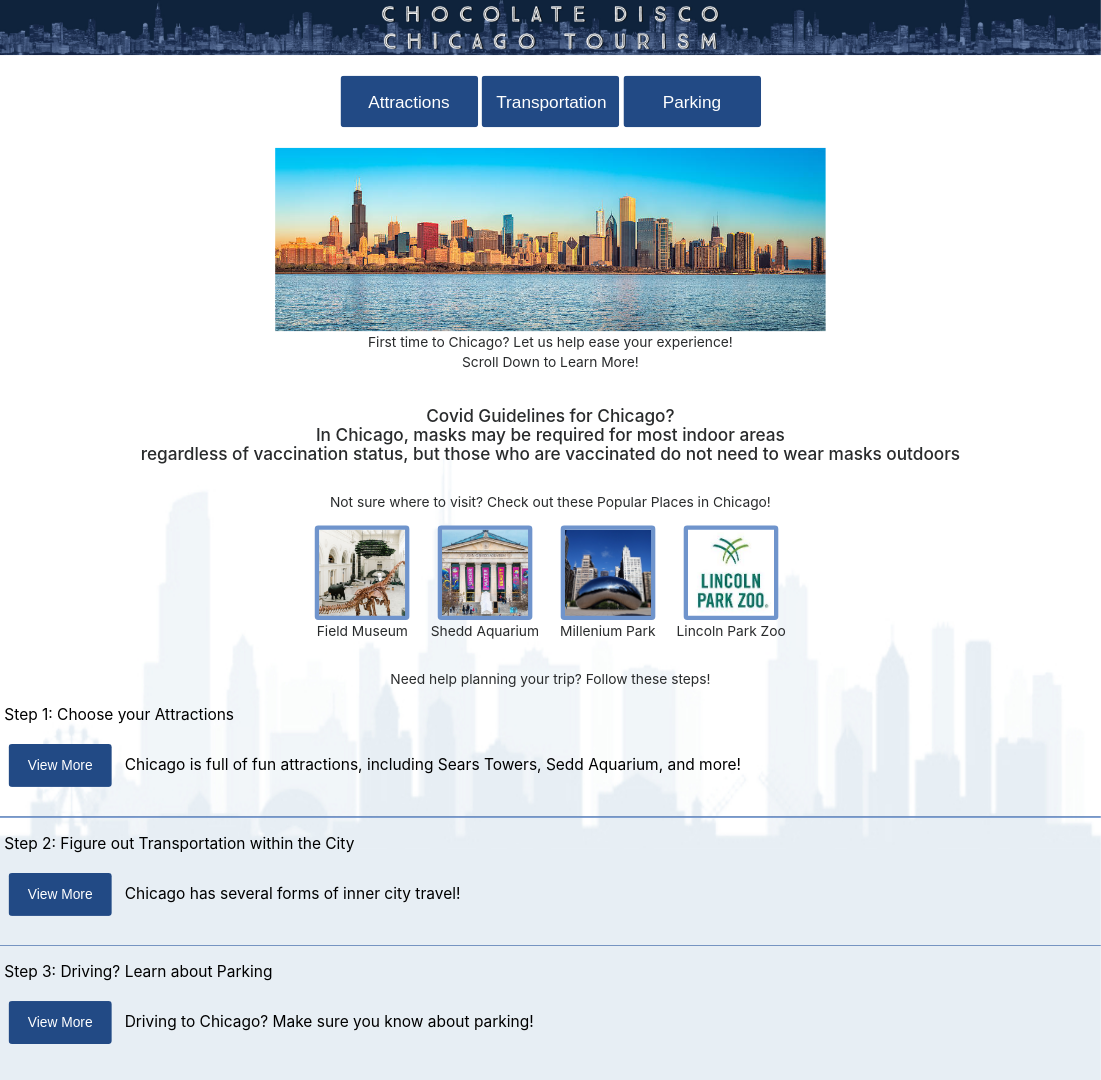
Repository: rkodit2/cs422project
Page: homepage.html
The author's editor kept a copy of each file at every save. The page is drawn from the files as they stood at one save, then again after the next save.
The browser window is 1280 px wide. The pictures show the whole page, at 86% of full size.

Above is the page before, as saved 2021-11-26 14:00:33.

### homepage.html
<!DOCTYPE html>
<html>
  <head>
  <meta charset="utf-8">
  <meta name="viewport" content="width=device-width, initial-scale=1.0">


  <title>Chocolate Disco Chicago Tourism</title>
  <link rel="stylesheet" href=
  "https://maxcdn.bootstrapcdn.com/bootstrap/4.0.0-alpha.6/css/bootstrap.css">


    <link rel="stylesheet" href="homepage.css">

  </head>


  <body style="background-image:url('pictures/background5.jpg');background-position: 0px 0px; background-repeat: no-repeat;background-size: 100% 100%;">

    <div id="banner">
      <img src="pictures/bannerCopy2.jpg" alt="mainpage banner" style = "width: 100%;" title = "Chocolate Disco Chicago Tourism Homepage" class = "center" onclick="location.href='homepage.html';">
    </div>

    <br>

    <div class= "button-center">
      <button type ="button" id="Attractions" class="btn" onclick="location.href='attractions.html';" style="width: 160px; height: 60px; font-size: 20px; background-color: rgb(34, 74, 133); color: white;" onmouseenter = "this.style.backgroundColor = 'rgb(111, 148, 204)'" onmouseleave="style.backgroundColor = 'rgb(34, 74, 133)'"> Attractions </button>
      <button type ="button" id="Transportation" class="btn" onclick="location.href='transportation.html';" style="width: 160px; height: 60px; font-size: 20px; background-color: rgb(34, 74, 133); color: white;" onmouseenter = "this.style.backgroundColor = 'rgb(111, 148, 204)'" onmouseleave="style.backgroundColor = 'rgb(34, 74, 133)'"> Transportation </button>
      <button type ="button" id="Parking" class="btn" onclick="location.href='parking.html';" style="width: 160px; height: 60px; font-size: 20px; background-color: rgb(34, 74, 133); color: white;" onmouseenter = "this.style.backgroundColor = 'rgb(111, 148, 204)'" onmouseleave="style.backgroundColor = 'rgb(34, 74, 133)'"> Parking </button>
    </div>
    <br>
    <img src="pictures/skyline.jpg" alt="mainpage skyline" class = "center">
    <p style="text-align: center;"> First time to Chicago? Let us help ease your experience! <br> Scroll Down to Learn More!</p>
    <br>
    <h5 style = "text-align: center;">Covid Guidelines for Chicago? <br> In Chicago, masks may be required for most indoor areas <br> regardless of vaccination status, but those who are vaccinated do not need to wear masks outdoors </h5>
    <br>
    <p style="text-align: center;">Not sure where to visit? Check out these Popular Places in Chicago! </p>

    <div class= "button-center">
      <div class = "fm" style = "display: inline-block;  text-align: center; padding-left: 10px; padding-right: 10px;">
        <button type = "button" id = "FM" class="btn" onclick="location.href='fieldMuseum.html';" style = "width: 110px; height: 110px; vertical-align: middle; white-space: normal; background:url('pictures/Field\ Museum.jpg'); background-size: 110px 110px; border: 5px solid rgb(111, 148, 204);  background-repeat: no-repeat; background-position: center;"></button>
        <br>
        <label>Field Museum</label>
    </div>
    <div class = "shedd" style = "display: inline-block;  text-align: center; padding-left: 10px; padding-right: 10px;">
      <button type = "button" id = "Shedd" class="btn" onclick="location.href='sheddAquarium.html';" style = "width: 110px; height: 110px; vertical-align: middle; white-space: normal; background:url('pictures/Shedd-Aquarium-scaled.jpg'); background-size: 110px 110px; border: 5px solid rgb(111, 148, 204);  background-repeat: no-repeat; background-position: center;"> </button>
      <br>
      <label>Shedd Aquarium</label>
    </div>
    <div class = "mp" style = "display: inline-block;  text-align: center; padding-left: 10px; padding-right: 10px;">
      <button type = "button" id = "MP" class="btn" onclick="location.href='millenium.html';" style = "width: 110px; height: 110px; vertical-align: middle; white-space: normal; background:url('pictures/chicago-millenium-park-sculpture.jpg'); background-size: 110px 110px; border: 5px solid rgb(111, 148, 204);  background-repeat: no-repeat; background-position: center;"> </button>
      <br>
      <label>Millenium Park</label>
    </div>
    <div class = "lpz" style = "display: inline-block;  text-align: center; padding-left: 10px; padding-right: 10px;">
      <button type = "button" id = "LPZ" class="btn" onclick="location.href='lincolnParkZoo.html';" style = "width: 110px; height: 110px; vertical-align: middle; white-space: normal; background:url('pictures/download.jfif'); background-size: 110px 110px; border: 5px solid rgb(111, 148, 204);  background-repeat: no-repeat; background-position: center;"></button>
      <br>
      <label>Lincoln Park Zoo</label>
    </div>

    </div>

    <br>

    <p style="text-align: center;"> Need help planning your trip? Follow these steps!</p>

    <p style = "padding-left: 5px; font-size: 18px; color: black;"> Step 1: Choose your Attractions </p>
    <div class= "viewMore">
      <button type ="button" id="VMA" class="btn" onclick="location.href='attractions.html';" style = "width: 120px; height:50px; vertical-align: middle; margin-left: 10px; margin-top: 5px; white-space: normal; background-color: rgb(34, 74, 133); color: white;" onmouseenter = "this.style.backgroundColor = 'rgb(111, 148, 204)'" onmouseleave="style.backgroundColor = 'rgb(34, 74, 133)'"> View More </button>
      <span style = "padding: 15px;">
        <p style="font-size: 18px;  color: black;">Chicago is full of fun attractions, including Sears Towers, Sedd Aquarium, and more! </p>
      </span>
    </div>

    <!-- <br> -->
    <hr style="background-color: rgb(111, 148, 204); height: .5px">

    <p style = "padding-left: 5px; font-size: 18px; color: black;"> Step 2: Figure out Transportation within the City </p>
    <div class= "viewMore">
      <button type ="button" id="VMT" class="btn" onclick="location.href='transportation.html';" style = "width: 120px; height:50px; vertical-align: middle;  margin-left: 10px; margin-top: 5px; white-space: normal; background-color: rgb(34, 74, 133); color: white;" onmouseenter = "this.style.backgroundColor = 'rgb(111, 148, 204)'" onmouseleave="style.backgroundColor = 'rgb(34, 74, 133)'"> View More </button>
      <span style = "padding: 15px;">
        <p style="font-size: 18px;  color: black;"> Chicago has several forms of inner city travel! </p>
      </span>
    </div>

   <!-- <br> -->
    <hr style="background-color:rgb(111, 148, 204); height: .5px">

    <p style = "padding-left: 5px; font-size: 18px; color: black;"> Step 3: Driving? Learn about Parking </p>
    <div class= "viewMore">
      <button type ="button" id="VMP" class="btn" onclick="location.href='parking.html';" style = "width: 120px; height:50px; vertical-align: middle; margin-left: 10px; margin-top: 5px; white-space: normal; background-color: rgb(34, 74, 133); color: white;" onmouseenter = "this.style.backgroundColor = 'rgb(111, 148, 204)'" onmouseleave="style.backgroundColor = 'rgb(34, 74, 133)'"> View More </button>
      <span style = "padding: 15px;">
      <p style="font-size: 18px;  color: black;"> Driving to Chicago? Make sure you know about parking! </p>
      </span>
    </div>
    <br>

    <!-- <br> -->
  </body>
</html>

### homepage.css
.button-center {
    text-align: center;
  }

.viewMore {
    display: flex;
    vertical-align: middle;
}
.center {
  display: block;
  margin-left: auto;
  margin-right: auto;
  width: 50%;
}
.gmap{
  display: flex;
  vertical-align: middle;
}

ul li{
  font-size:20px;
 }

After the next save:
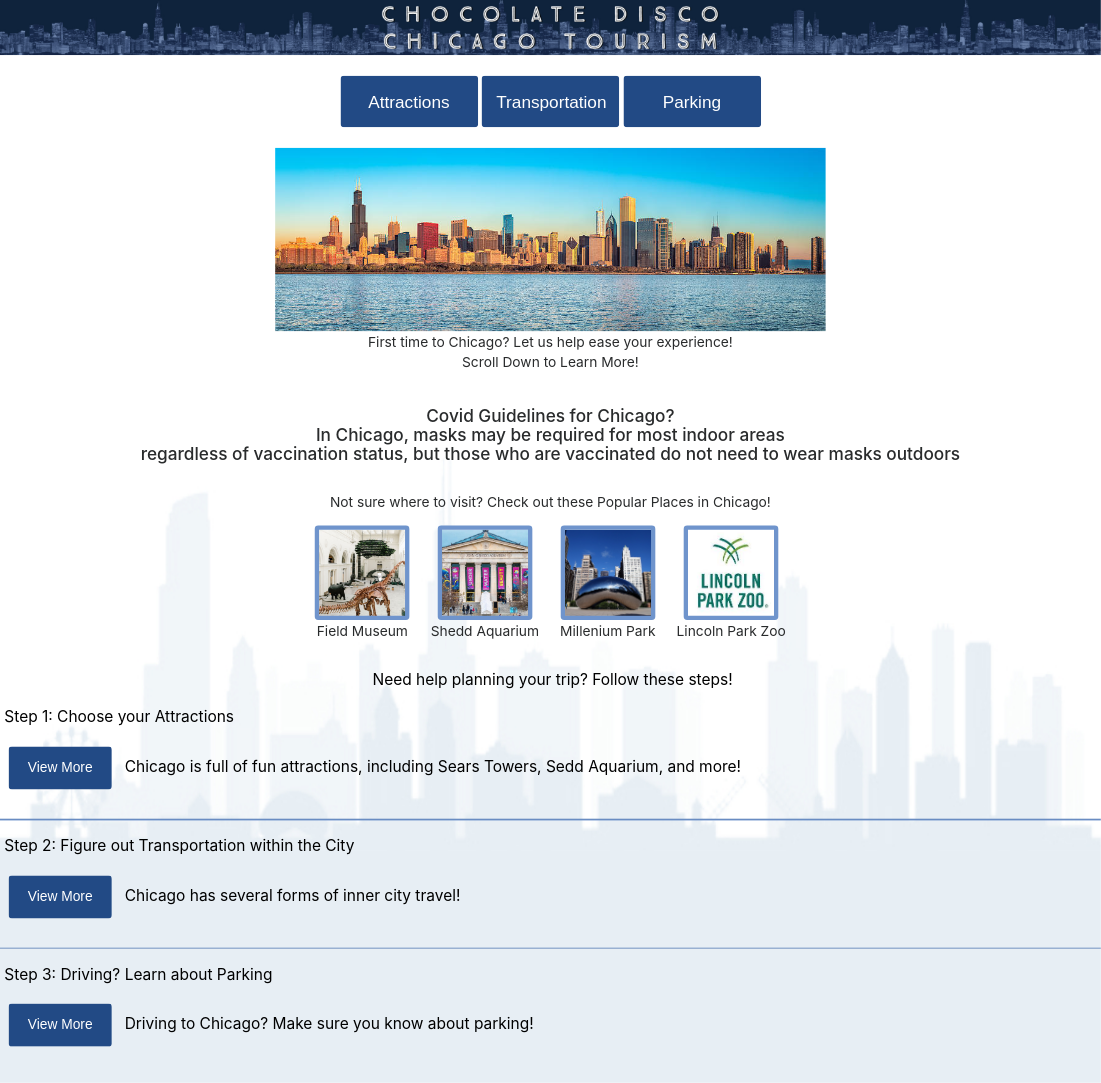
Saved 2 min 9 s later.
--- a/homepage.html
+++ b/homepage.html
@@ -62,7 +62,7 @@
 
     <br>
 
-    <p style="text-align: center;"> Need help planning your trip? Follow these steps!</p>
+    <p style="padding-left: 5px; font-size: 18px; color: black; text-align: center;"> Need help planning your trip? Follow these steps!</p>
 
     <p style = "padding-left: 5px; font-size: 18px; color: black;"> Step 1: Choose your Attractions </p>
     <div class= "viewMore">
